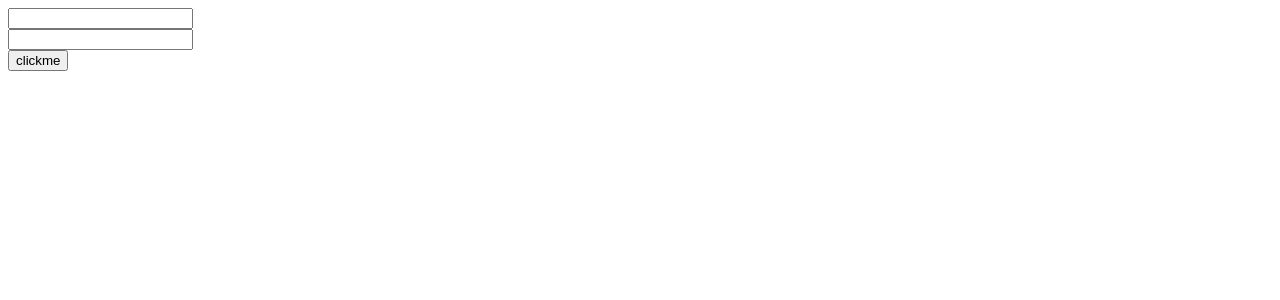
Repository: Ravikumarh6166/my-first-repo
Page: myurlwrewriting/src/main/webapp/index.html
The author's editor kept a copy of each file at every save. The page is drawn from the files as they stood at one save, then again after the next save.
The browser window is 1280 px wide. The pictures show the whole page.

Above is the page before, as saved 2022-08-29 12:23:47.

After the next save:
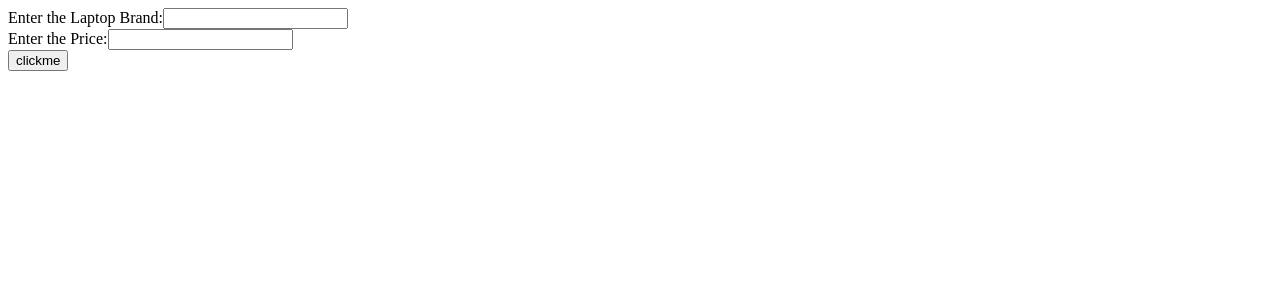
Saved 82 s later.
--- a/myurlwrewriting/src/main/webapp/index.html
+++ b/myurlwrewriting/src/main/webapp/index.html
@@ -6,8 +6,8 @@
 </head>
 <body>
 <Form action="process">
-<input type="text" name="lpname"><br>
-<input type="text" name="price"><br>
+Enter the Laptop Brand:<input type="text" name="lpname"><br>
+Enter the Price:<input type="text" name="price"><br>
 <input type="submit" value="clickme"><br>
 </Form>
 </body>
